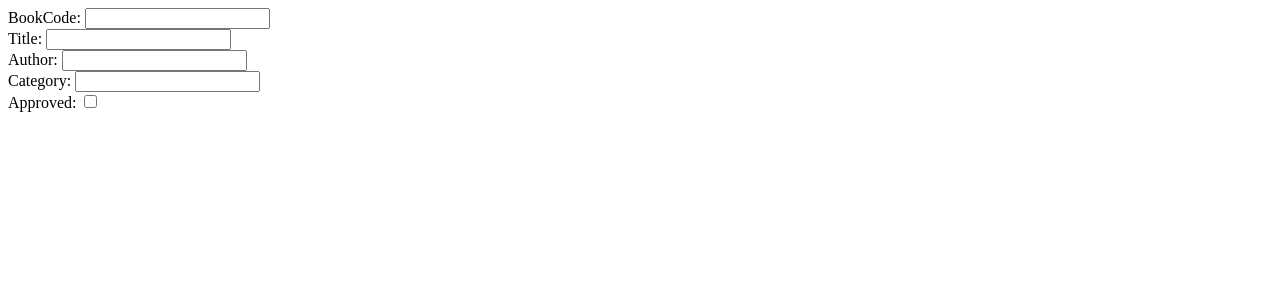
Repository: kietnaptit/javalorant
Page: http://localhost/htmlol/src/main/java/webapp/AddBook.jsp
These files come from the project's save history. The page is drawn as it stood at one moment and after the next save; the edit follows.
The browser window is 1280 px wide. The pictures show the whole page.
The page is served by Tomcat 9.

Above is the page before, as saved 2023-03-02 09:24:41.

After the next save:
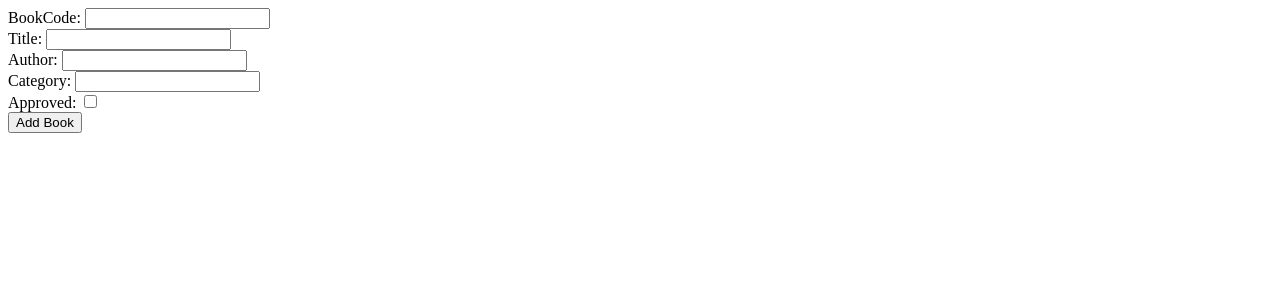
Saved 53 s later.
--- a/htmlol/src/main/java/webapp/AddBook.jsp
+++ b/htmlol/src/main/java/webapp/AddBook.jsp
@@ -13,6 +13,7 @@
 		Author: <input type="text" name="author"></br>
 		Category: <input type="text name="category></br>
 		Approved: <input type="checkbox" name="approved"></br>
+		<input type="submit" value="Add Book"?
 	</form>
 </body>
 </html>
